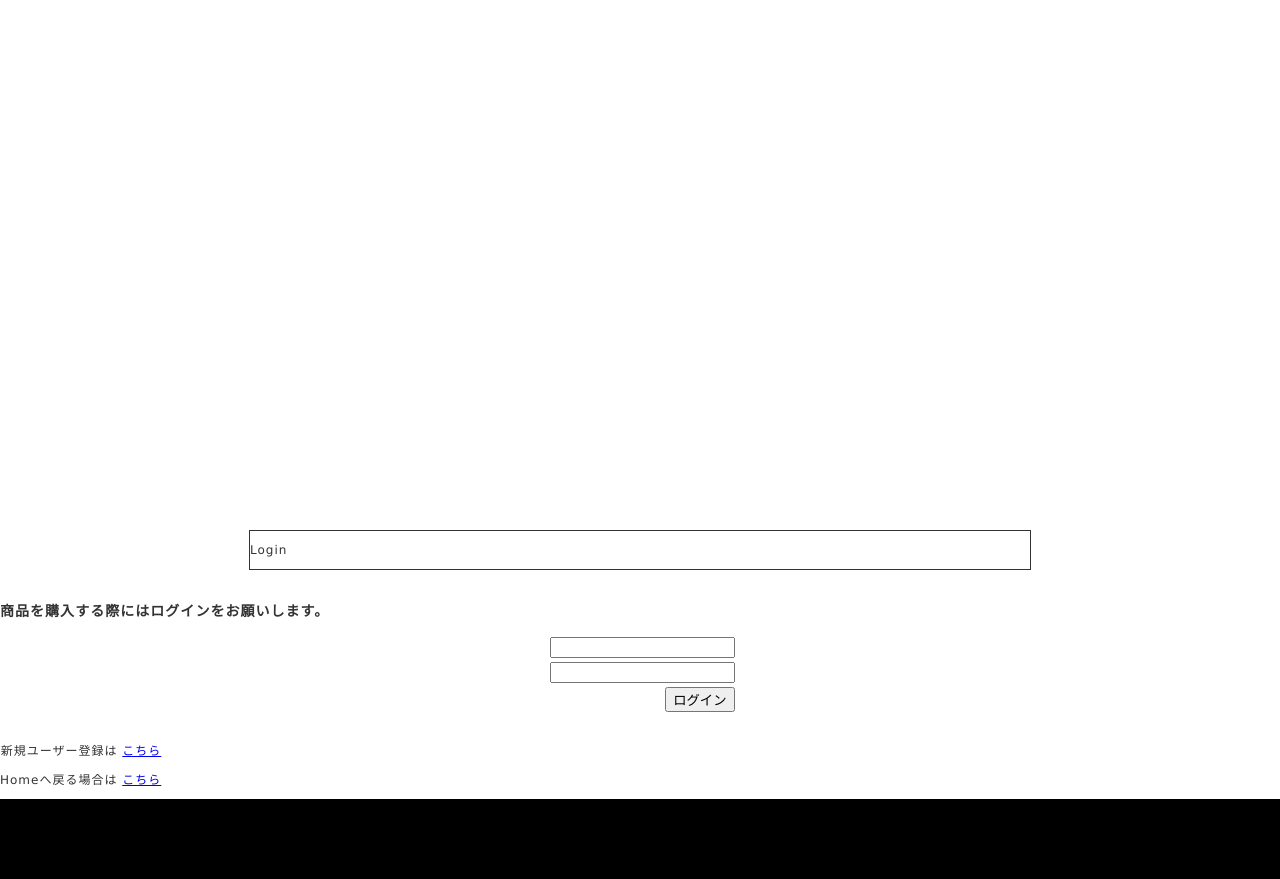
Repository: mjeeeex333/mjfile
Page: http://localhost/ecsite/HomeAction
An editor plug-in stored every save of this project. The page is shown before and after the next save, followed by the edit.
The browser window is 1280 px wide. The pictures show the whole page.
The page is served by Tomcat 9. Other server files are loaded and not shown.

Above is the page before, as saved 2018-10-22 11:26:50.

### ecsite/WebContent/login.jsp
<%@ page language="java" contentType="text/html; charset=UTF-8"
    pageEncoding="UTF-8"%>
<%@ taglib prefix="s" uri="/struts-tags" %>


<!DOCTYPE html>
<html>
<head>

<meta http-equiv="Content-Type" content="text/html; charset=UTF-8">
<meta http-equiv="Content-Style-Type" content="text/css" />
<meta http-equiv="Content-Script-Type" content="text/javascript" />
<meta http-equiv="imagetoolbar" content="no" />
<meta name="description" content="" />
<meta name="keywords" content="" />


<title>Login画面</title>

<style type="text/css">

body{
margin:0;
padding:0;
line-heaight:1.6;
letter-spacing:1px;
font-family:Verdana,Helvetica,sans-serif;
font-size:12px;
color:#333;
background:#fff;
}

table{
text-align:center;
margin:0 auto;
}

#top{
width:780px;
margin:30px auto;
border:1px solid #333;
}

#header{
width:100px;
height: 80px;
height:500px;
text-align : center;
}

#footer{
width:100%;
height:80px;
background-color:black;
clear:both;
}

#text-link{
display:inline-block;
text-align:right;
}

</style>

</head>

<body>

<div id="header">
<div id="pr">
</div>
</div>

<div id="main">
<div id="top">
<p>Login</p>
</div>

<div>

<h3>商品を購入する際にはログインをお願いします。</h3>
<s:form action="LoginAction">
<s:textfield name="loginUserId"/>
<s:password name="loginPassword"/>
<s:submit value="ログイン"/>
</s:form>

<br/>

<div id="text-link">
<p>新規ユーザー登録は
<a href='<s:url action="UserCreateAction"/>'>こちら</a></p>
<p>Homeへ戻る場合は
<a href='<s:url action="GoHomeAction"/>'>こちら</a></p>

</div>
</div>

</div>

<div id="footer">
<div id="pr">
</div>
</div>

</body>
</html>

After the next save:
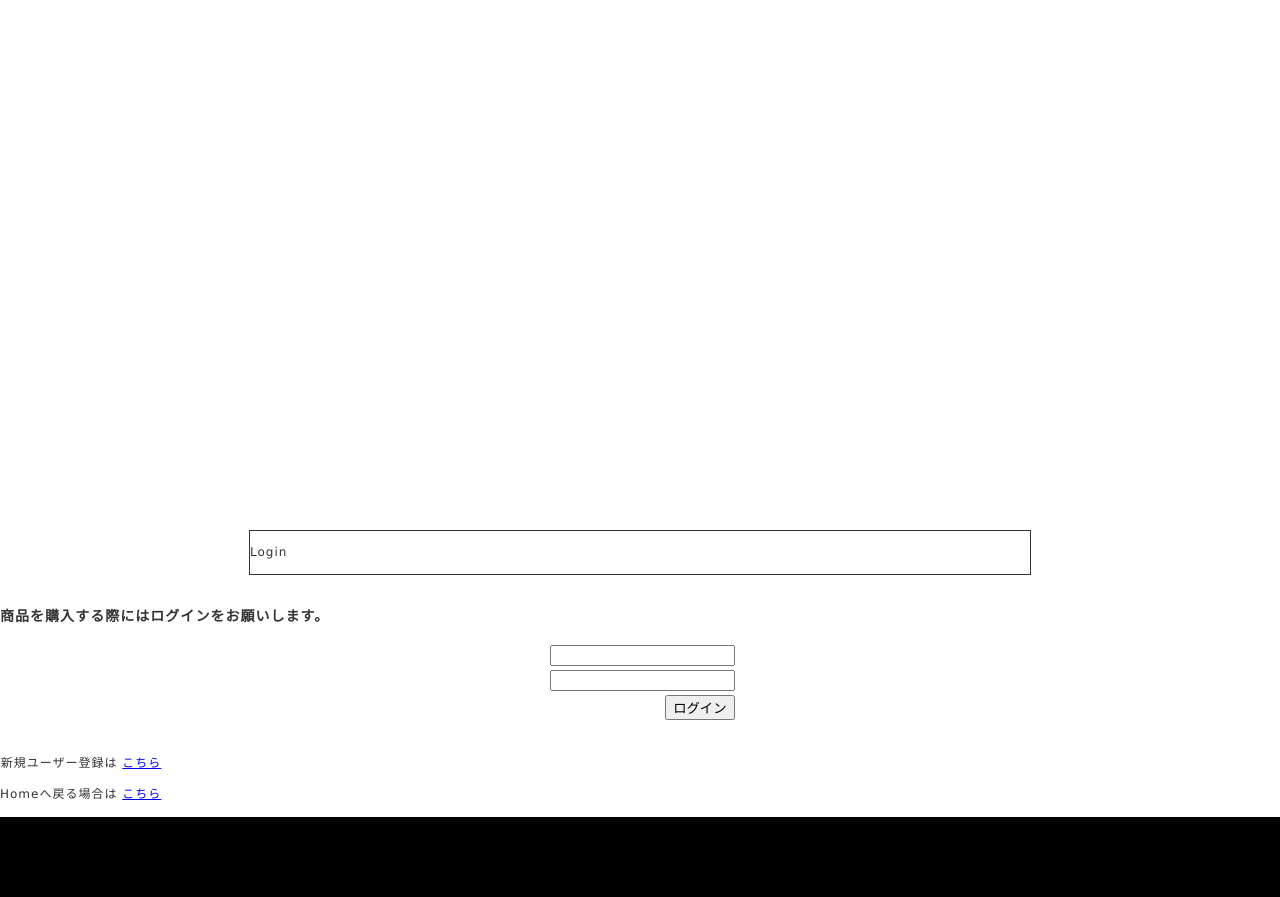
Saved 110 s later.
--- a/ecsite/WebContent/login.jsp
+++ b/ecsite/WebContent/login.jsp
@@ -22,7 +22,7 @@
 body{
 margin:0;
 padding:0;
-line-heaight:1.6;
+line-height:1.6;
 letter-spacing:1px;
 font-family:Verdana,Helvetica,sans-serif;
 font-size:12px;
